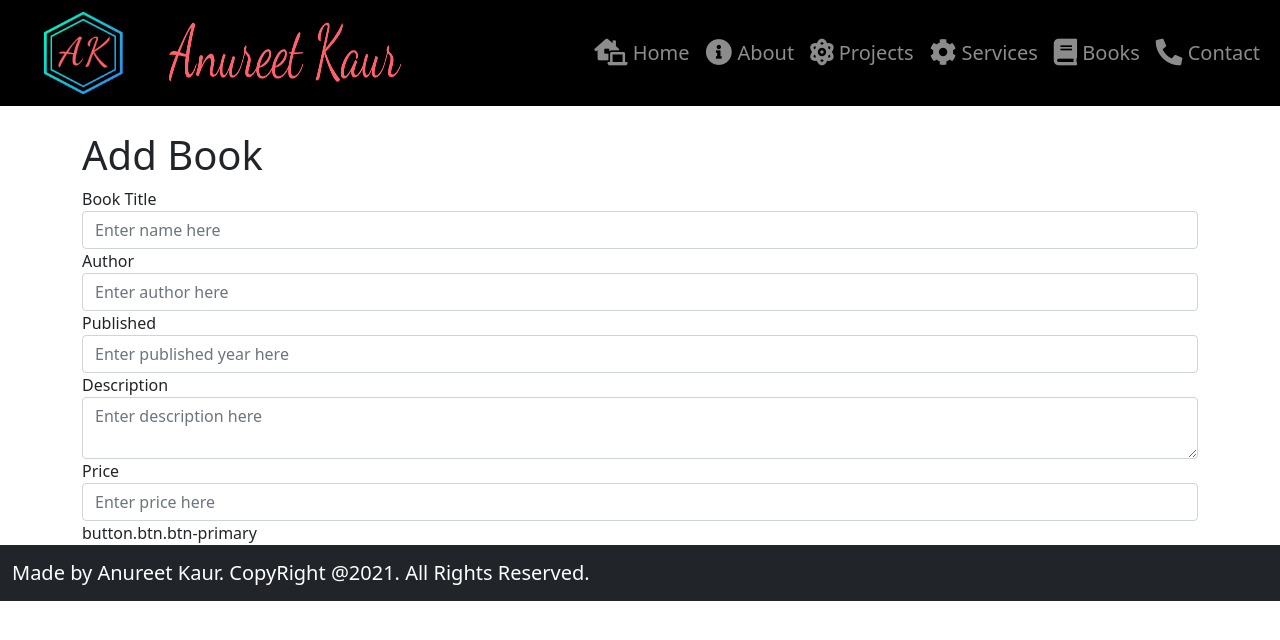
Repository: Anureet23/Portfolio_Authentication
Page: http://localhost/book-list/add
These files come from the project's save history. The page is drawn as it stood at one moment and after the next save; the edit follows.
The browser window is 1280 px wide. The pictures show the whole page.
The page is served by the project's Node server (server.js). Other server files are loaded and not shown.

Above is the page before, as saved 2021-06-16 19:50:35.

### server/views/book/add.ejs
<!--Header Partial Included -->
<% include ../partials/header.ejs %>

<!--Top Navbar Partial Included -->
<% include ../partials/navbar.ejs %>


<!--Content for ADD Page -->
<div class="container">
    <div class="row">
        <div class="offset md-3 col-md-6"></div>
        <h1><%= title%></h1>

        <form class="form" method="POST">
        <div class="form-group">
            <label for="nameTextField">Book Title</label>
            <input type="text" class="form-control" id="nameTextField" placeholder="Enter name here" name="name" required>
        </div>

        <div class="form-group">
            <label for="authorTextField">Author</label>
            <input type="text" class="form-control" id="authorTextField" placeholder="Enter author here" name="author" required>
        </div>

        <div class="form-group">
            <label for="publishedTextField">Published</label>
            <input type="text" class="form-control" id="publishedTextField" placeholder="Enter published year here" name="published" required>
        </div>

        <div class="form-group">
            <label for="descriptionTextField">Description</label>
            <textarea type="text" class="form-control" id="descriptionTextField" placeholder="Enter description here" name="description" required></textarea>
        </div>

        <div class="form-group">
            <label for="priceTextField">Price</label>
            <input type="number" class="form-control" id="nameTextField" placeholder="Enter price here" name="price" required>
        </div>

        button.btn.btn-primary

        </form>
    </div>
</div>

 <!--Bottom Navbar Partial Included -->
 <% include ../partials/bottomnavbar.ejs %>

<!--Footer Partial Included -->
 <% include ../partials/footer.ejs %>

### server/views/partials/header.ejs
<!--Header Partial -->
<!DOCTYPE html>
<html lang="en">
<head>
  <meta charset="UTF-8">
  <meta http-equiv="X-UA-Compatible" content="IE=edge">
  <meta name="viewport" content="width=device-width, initial-scale=1.0">
  <title><%= title %></title>

  <!--CSS Section-->
  <link rel='stylesheet' href='/bootstrap/dist/css/bootstrap.min.css' />
  <link rel="stylesheet" href="/@fortawesome/fontawesome-free/css/all.min.css">

  <link rel='stylesheet' href='/Content/app.css' />
</head>
<body>

### server/views/partials/navbar.ejs
 <!--Top Nav Bar Partial-->

  <nav class="navbar navbar-expand-lg navbar-dark" style="font-size:20px;background-color:black!important">
    <div class="container-fluid" style="background-color:black">
     <img src="/Assests/images/Logo.PNG" height="90px" width="150px"> <img src="/Assests/images/Name.PNG" height="75px" width="240px" >
           <button class="navbar-toggler" type="button" data-bs-toggle="collapse" data-bs-target="#navbarSupportedContent" aria-controls="navbarSupportedContent" aria-expanded="false" aria-label="Toggle navigation">
        <span class="navbar-toggler-icon"></span>
      </button>

      <div class="collapse navbar-collapse" id="navbarSupportedContent">
        <ul class="navbar-nav ms-auto mb-2 mb-lg-0">

        <li class="nav-item">
        <a class="nav-link" aria-current="page" href="/home"><i class="fas fa-lg fa-laptop-house"></i> Home</a>
        </li>


           <li class="nav-item">
          <a class="nav-link " href="/about"> <i class="fas fa-lg fa-info-circle"></i> About</a>
          </li>

          <li class="nav-item">
            <a class="nav-link "  href="/projects"> <i class="fas fa-lg fa-atom"></i> Projects</a>
          </li>

          <li class="nav-item">
            <a class="nav-link"  href="/services"> <i class="fas fa-lg fa-cog"></i>  Services</a>
          </li>


          <li class="nav-item">
            <a class="nav-link"  href="/book-list"><i class="fas fa-lg fa-book"></i> Books</a>
          </li>

          <li class="nav-item">
            <a class="nav-link"  href="/contact"><i class="fas fa-lg fa-phone-alt"></i> Contact</a>
          </li>

      </div>
    </div>
  </nav>

### server/views/partials/bottomnavbar.ejs
<!--Bottom Navbar Partial-->

<nav class="navbar sticky-bottom navbar-dark bg-dark " >

  <div class="container-fluid">
    <a class="navbar-brand"  >Made by Anureet Kaur. CopyRight @2021. All Rights Reserved.</a>
  </div>
</nav>

### server/views/partials/footer.ejs
<!--Footer Partial-->
<!--JS Section-->
  <script src="/jquery/dist/jquery.min.js"></script>
  <script src="/bootstrap/dist/js/bootstrap.min.js"></script>
  <script src="/Scripts/app.js"></script>

</body>
</html>

### server.js
#!/usr/bin/env node
/* FileName :server.js */
/* StudentName :Anureet Kaur */
/* Student Id :301174444 */
/* Date : 4/06/2021 */
/**
 * Module dependencies.
 */

var app = require('./server/config/app');
var debug = require('debug')('express site:server');
var http = require('http');

/**
 * Get port from environment and store in Express.
 */

var port = normalizePort(process.env.PORT || '3000');
app.set('port', port);

/**
 * Create HTTP server.
 */

var server = http.createServer(app);

/**
 * Listen on provided port, on all network interfaces.
 */

server.listen(port);
server.on('error', onError);
server.on('listening', onListening);

/**
 * Normalize a port into a number, string, or false.
 */

function normalizePort(val) {
  var port = parseInt(val, 10);

  if (isNaN(port)) {
    // named pipe
    return val;
  }

  if (port >= 0) {
    // port number
    return port;
  }

  return false;
}

/**
 * Event listener for HTTP server "error" event.
 */

function onError(error) {
  if (error.syscall !== 'listen') {
    throw error;
  }

  var bind = typeof port === 'string'
    ? 'Pipe ' + port
    : 'Port ' + port;

  // handle specific listen errors with friendly messages
  switch (error.code) {
    case 'EACCES':
      console.error(bind + ' requires elevated privileges');
      process.exit(1);
      break;
    case 'EADDRINUSE':
      console.error(bind + ' is already in use');
      process.exit(1);
      break;
    default:
      throw error;
  }
}

/**
 * Event listener for HTTP server "listening" event.
 */

function onListening() {
  var addr = server.address();
  var bind = typeof addr === 'string'
    ? 'pipe ' + addr
    : 'port ' + addr.port;
  debug('Listening on ' + bind);
}

### server/routes/book.js
let express = require('express');
let router = express.Router();
let mongoose = require('mongoose');

//Connect to book model
let Book = require('../models/book');

/* GET Route for Book list*/

router.get('/',(req,res,next)=>{
    Book.find((err,bookList)=>{
        if(err)
        {
            return console.error(err);
        }
        else{
            //console.log(BookList);

            res.render('book/list',{title:'Books', BookList : bookList});
        }
    });
});


/* GET Route for displaying Add Page- CREATE Operation*/
router.get('/add', (req, res, next) => {
    res.render('book/add',{title:'Add Book'});
});

/* POST Route for processing Add Page- CREATE Operation*/
router.post('/add', (req, res, next) => {
   let newBook = Book({
          "name" : req.body.name,
          "author":req.body.author,
          "published": req.body.published,
          "description" : req.body.description,
          "price": req.body.price
   });

   Book.create(newBook,(err,Book)=> {
    if(err){
        console.log(err);
        res.end(err);
    }
    else{
        //refresh the book list
        res.redirect('/book-list');
    }
   });

});
/* GET Route for displaying Edit Page- UPDATE Operation*/
router.get('/edit/:id', (req, res, next) => {
       let id = req.params.id;

       Book.findById(id,(err,bookToEdit) => {

        if(err){
            console.log(err);
            res.end(err);
        }
        else{

            //show the edit view
            res.render('book/edit', {title: 'Edit Book',book:bookToEdit})
        }

       });
});
/* POST Route for processing Edit Page- UPDATE Operation*/
router.post('/edit/:id', (req, res, next) => {

let id = req.params.id;
let updatedBBook = Book({
    "_id":id,
    "name" : req.body.name,
    "author":req.body.author,
    "published": req.body.published,
    "description" : req.body.description,
    "price": req.body.price
});

Book.updateOne({_id: id},updatedBBook,(err) =>{
    if(err){
        console.log(err);
        res.end(err);
    }
    else{
       //refresh the book list
       res.redirect('/book-list');
    }
});

});
/* GET Route for perform Deletion- DELETE Operation*/
router.get('/delete/:id', (req, res, next) => {

    let id = req.params.id;
    Book.remove({_id: id},(err) =>{
        if(err){
            console.log(err);
            res.end(err);
        }
        else{
           //refresh the book list
           res.redirect('/book-list');
        }
    });
});

module.exports = router;

### public/Content/app.css
/* FileName :app.css */
/* StudentName :Anureet Kaur */
/* Student Id :301174444 */
/* Date : 4/06/2021 */
.center {
    text-align: center;
  }
  .container{
	margin-top: 25px;

}
.headerText{
    text-align: center;
}

### public/Scripts/app.js
/* FileName :app.js */
/* StudentName :Anureet Kaur */
/* Student Id :301174444 */
/* Date : 4/06/2021 */
(function(){


    function Start(){
        console.log("App Started.....");
    }

    window.addEventListener("load",Start);

})();

After the next save:
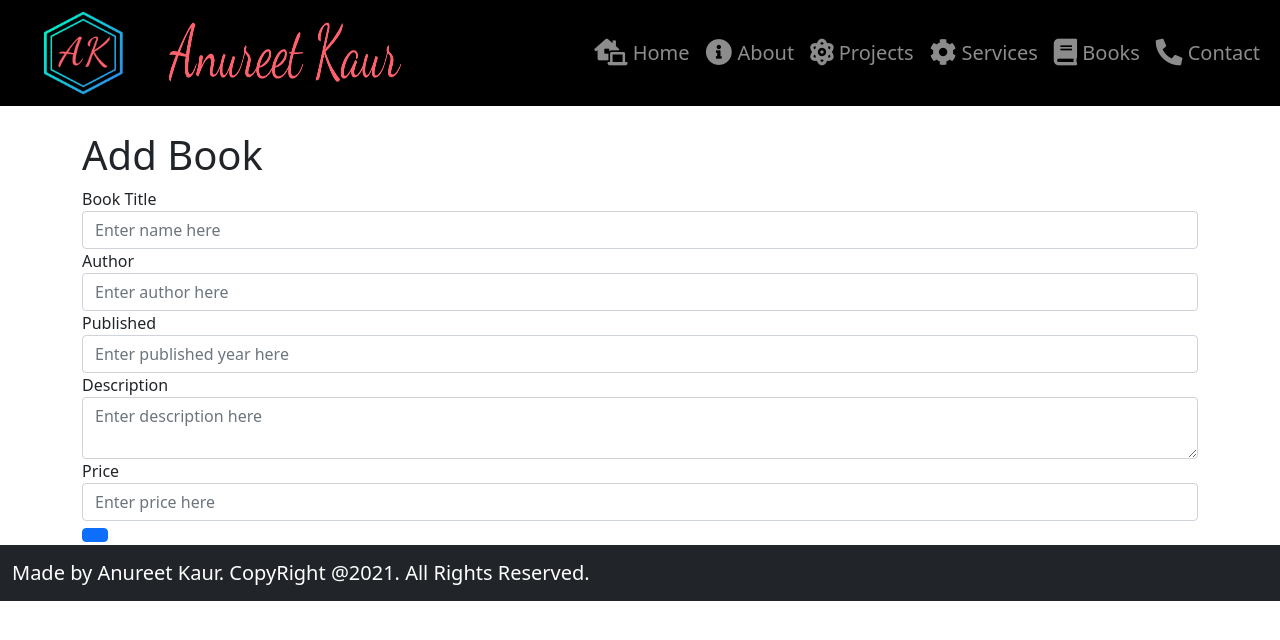
Saved 4 s later.
--- a/server/views/book/add.ejs
+++ b/server/views/book/add.ejs
@@ -37,7 +37,7 @@
             <input type="number" class="form-control" id="nameTextField" placeholder="Enter price here" name="price" required>
         </div>
 
-        button.btn.btn-primary
+        <button class="btn btn-primary"></button>
 
         </form>
     </div>
